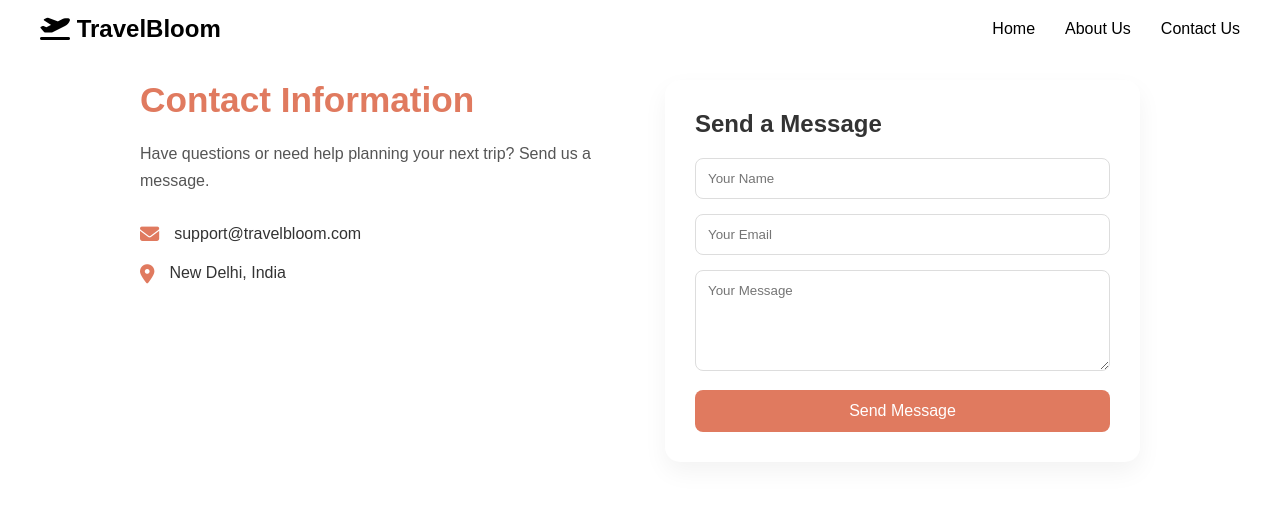
Repository: LatikaAdhikari064/TravelBloom_Project
Page: contact.html
The author's editor kept a copy of each file at every save. The page is drawn from the files as they stood at one save, then again after the next save.
The browser window is 1280 px wide. The pictures show the whole page.

Above is the page before, as saved 2026-01-08 21:03:43.

After the next save:
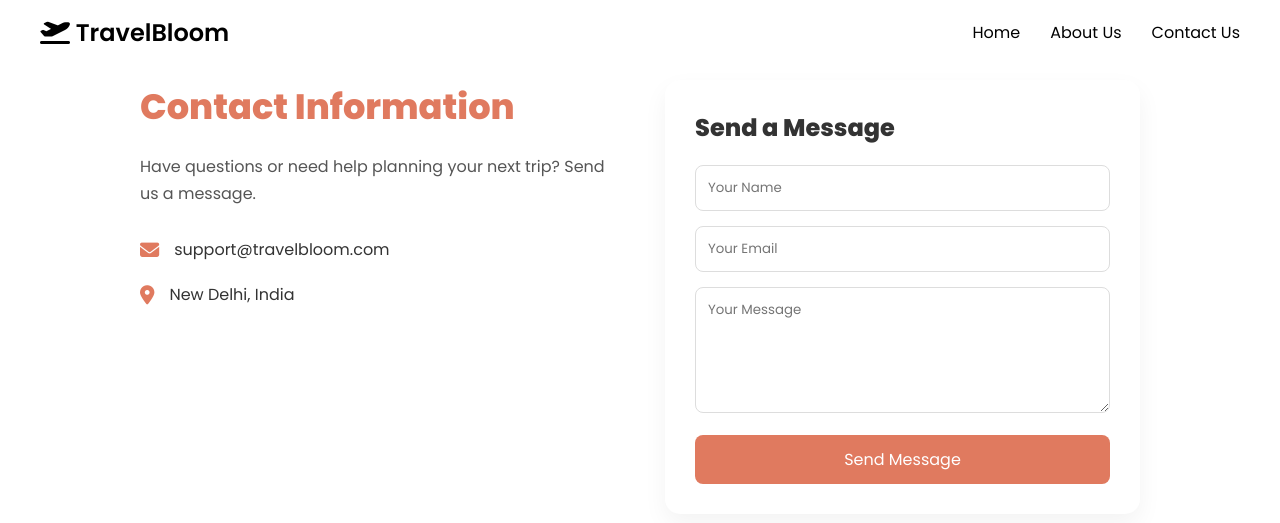
Saved 14 s later.
--- a/contact.css
+++ b/contact.css
@@ -3,7 +3,7 @@
     margin: 0;
     padding: 0;
     box-sizing: border-box;
-    font-family: sans-serif;
+    font-family: 'Poppins';
 }
 
 /* --- Navigation Bar --- */
